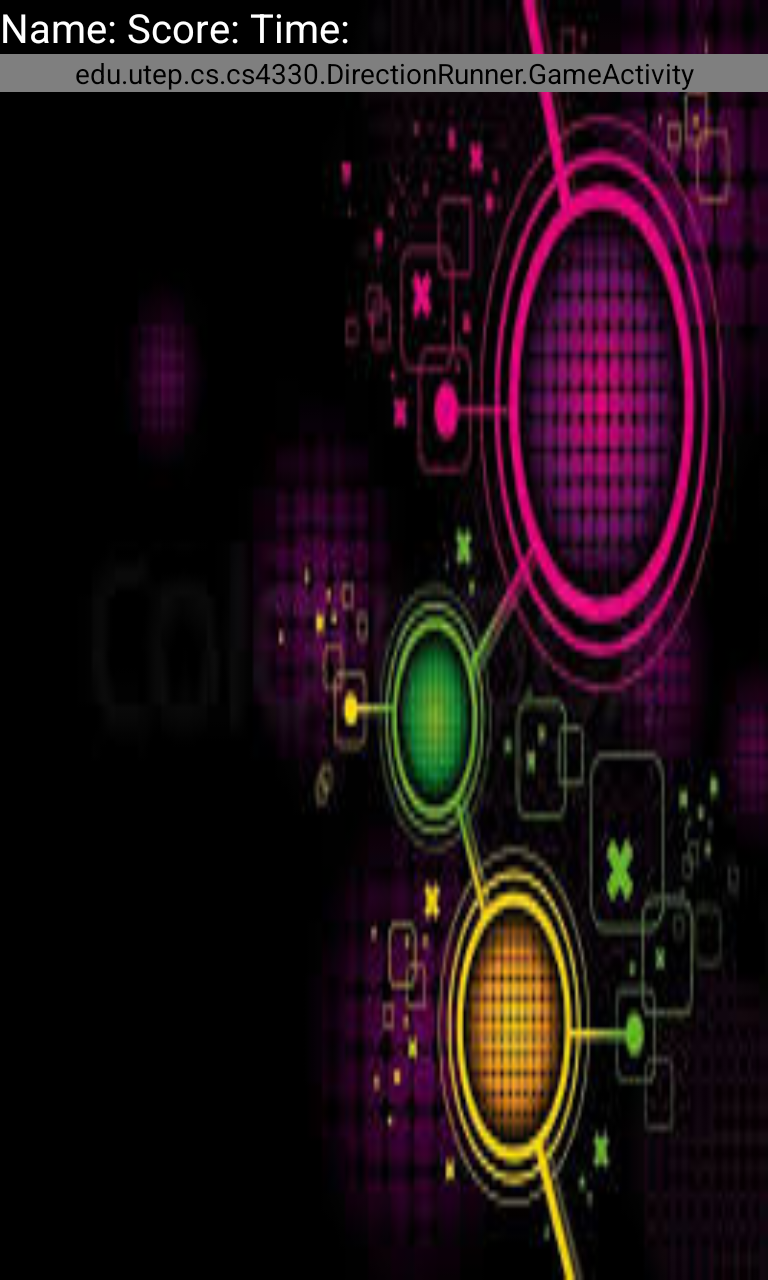
Repository: RedJaVa68/DirectionRunner
Layout: DirectionRunner/res/layout/game_activity.xml
The author's editor kept a copy of each file at every save. The layout is drawn from the files as they stood at one save, then again after the next save.
Pictures or frames that could not be fetched are drawn as grey boxes. It is drawn on a 768 x 1280 px phone screen (xhdpi) without system bars, with theme AppTheme; the app's code is not run.

Above is the layout before, as saved 2015-05-06 03:17:40.

After the next save:
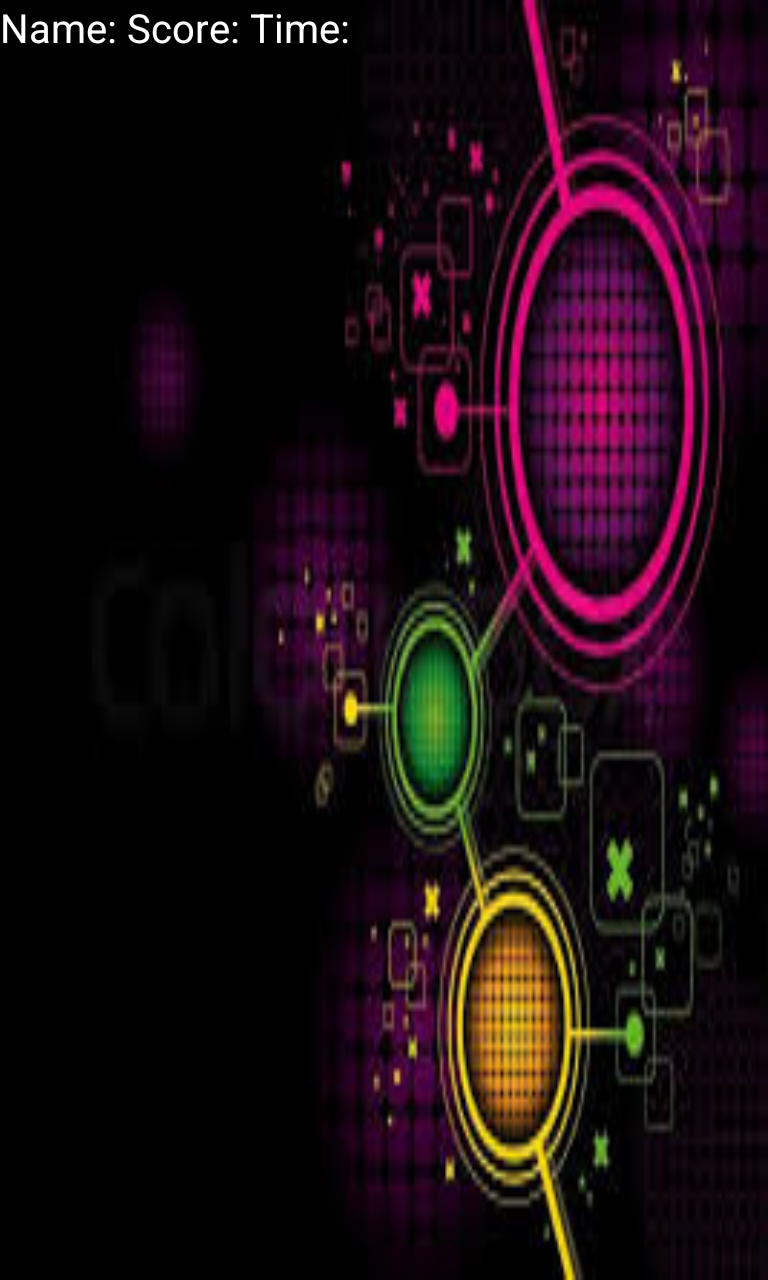
Saved 8 min 6 s later.
--- a/DirectionRunner/res/layout/game_activity.xml
+++ b/DirectionRunner/res/layout/game_activity.xml
@@ -32,9 +32,5 @@
             android:textColor="#ffffff"/>
 
     </LinearLayout>
-    <edu.utep.cs.cs4330.DirectionRunner.GameActivity
-        android:id="@+id/directionboard_view"
-        android:layout_width="match_parent"
-        android:layout_height="wrap_content"
-        />
+
 </LinearLayout>
